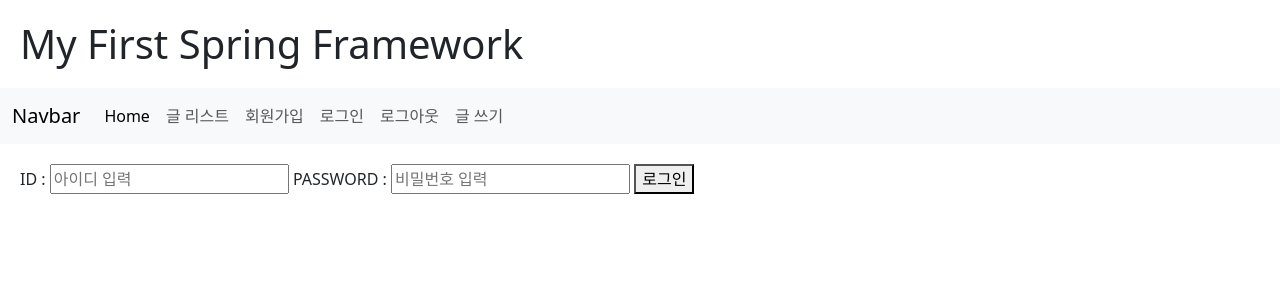
Repository: jinho0717/spring
Page: http://localhost/springProject/WEB-INF/views/member/login.jsp
The author's editor kept a copy of each file at every save. The page is drawn from the files as they stood at one save, then again after the next save.
The browser window is 1280 px wide. The pictures show the whole page.
The page is served by Tomcat 9. Nobody is signed in. The template is opened directly, without the code that normally fills it, so the values that code supplies are empty.

Above is the page before, as saved 2023-10-27 12:15:41.

After the next save:
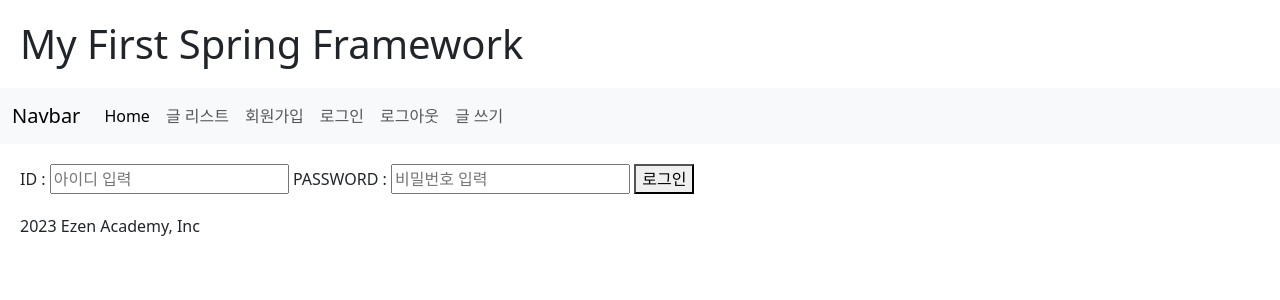
Saved 9 s later.
--- a/springProject/src/main/webapp/WEB-INF/views/member/login.jsp
+++ b/springProject/src/main/webapp/WEB-INF/views/member/login.jsp
@@ -15,6 +15,6 @@
 	PASSWORD : <input type="password" name="pw" placeholder="비밀번호 입력">
 <button type="submit">로그인</button>
 </form>
-
+<jsp:include page="../common/footer.jsp" />
 </body>
 </html>
